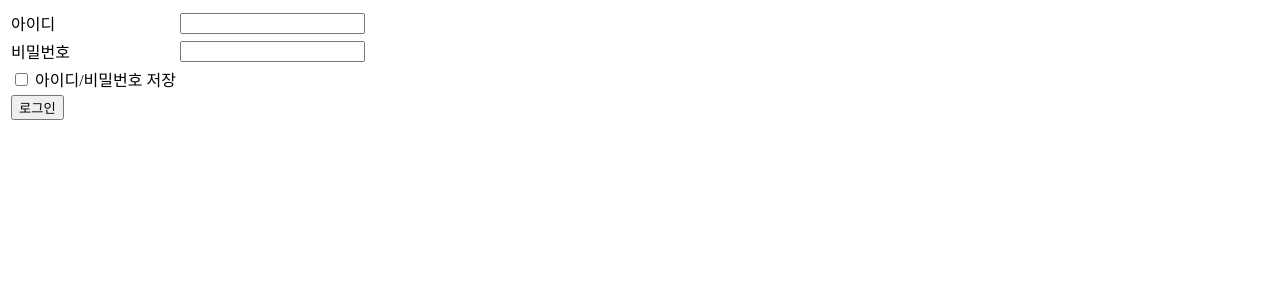
Repository: Gabintree/JDBC2019
Page: http://localhost/Jsp20190510_start/20190527_Login.jsp
These files come from the project's save history. The page is drawn as it stood at one moment and after the next save; the edit follows.
The browser window is 1280 px wide. The pictures show the whole page.
The page is served by Tomcat 9.

Above is the page before, as saved 2019-05-27 00:51:30.

After the next save:
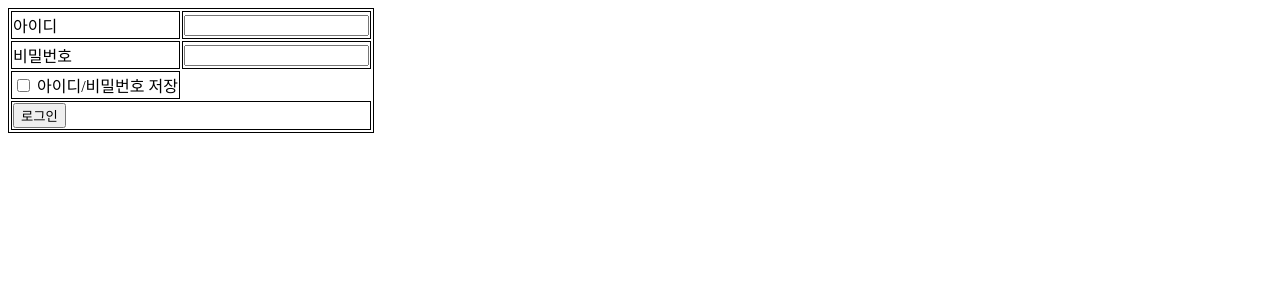
Saved 9 s later.
--- a/Jsp20190510_start/WebContent/20190527_Login.jsp
+++ b/Jsp20190510_start/WebContent/20190527_Login.jsp
@@ -7,7 +7,7 @@
 <title>Insert title here</title>
 <style>
 table, tr, td {
-border : 1px solid balck;
+border : 1px solid black;
 }
 </style>
 </head>
